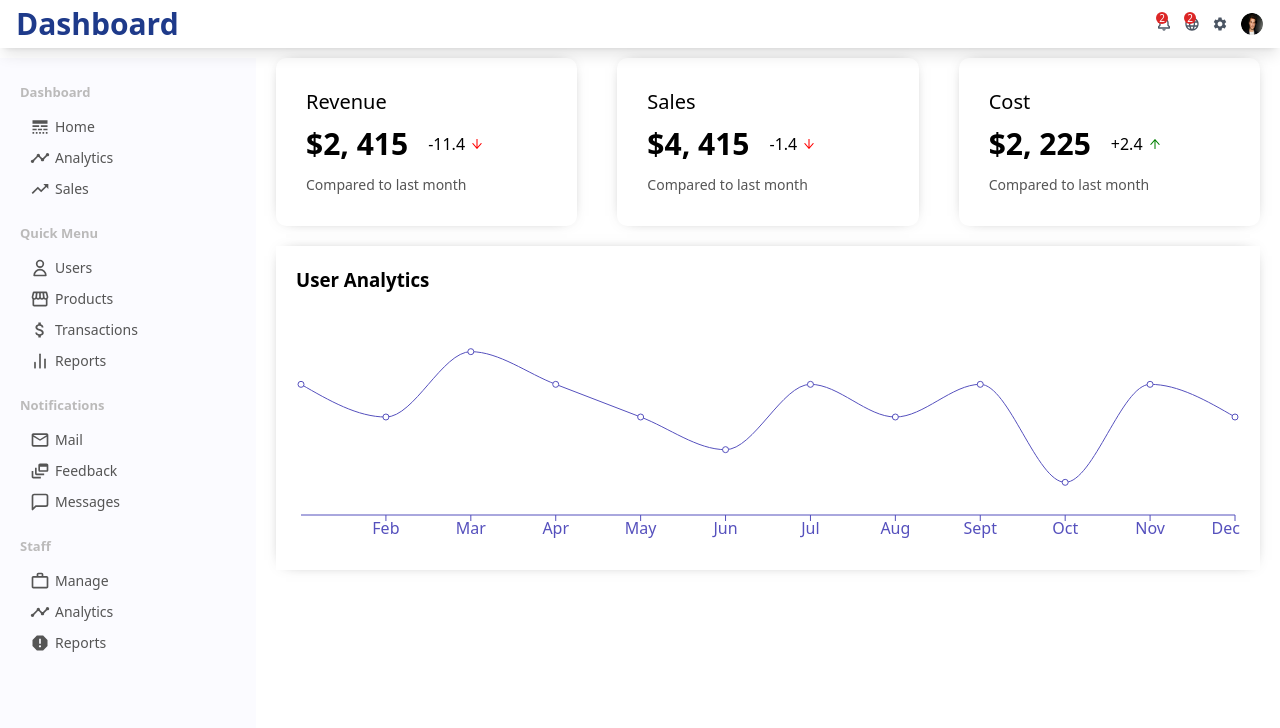
Repository: nation430/React-AdminDashboard
Page: /
The author's editor kept a copy of each file at every save. The page is drawn from the files as they stood at one save, then again after the next save.
The browser window is 1280 px wide. The pictures show the whole page.
The project was rebuilt for these pictures with package versions that can differ from the ones it lists, and the page was loaded fresh each time.

Above is the page before, as saved 2022-08-18 16:26:31.

After the next save:
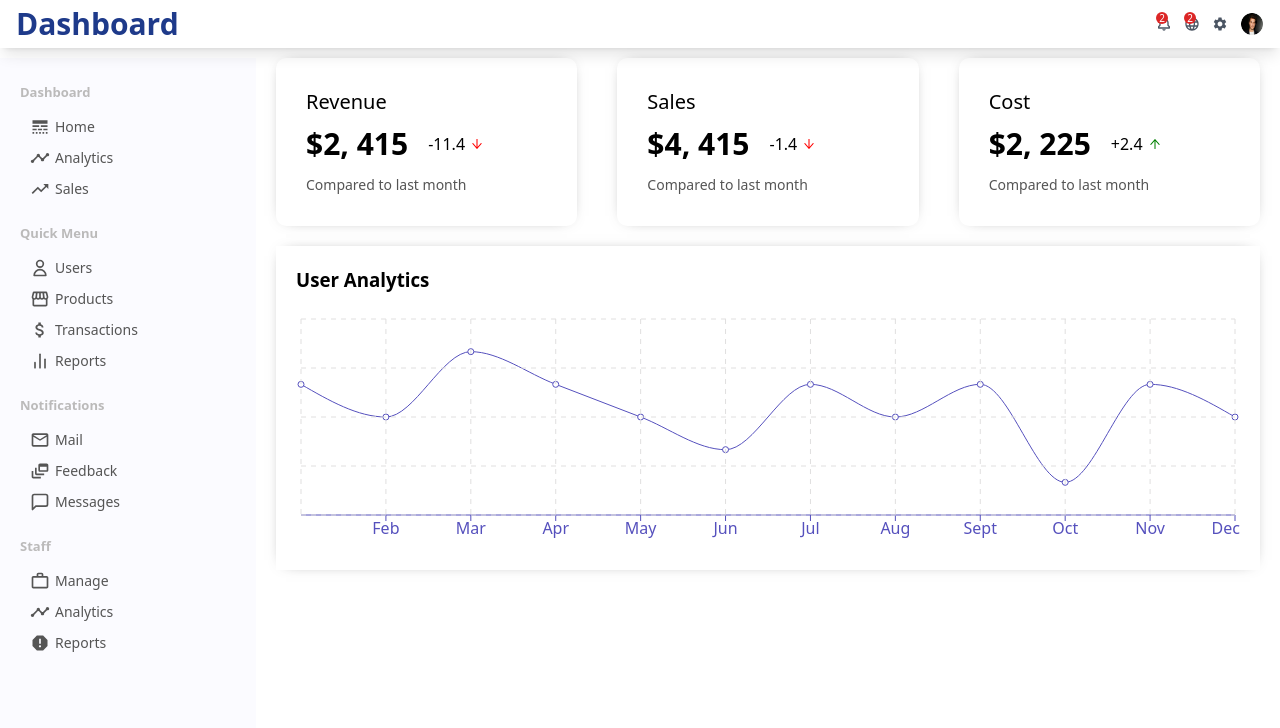
Saved 2 min 39 s later.
--- a/src/pages/home/Home.jsx
+++ b/src/pages/home/Home.jsx
@@ -1,12 +1,14 @@
 import "./home.css"
 import FeaturedInfo from "../../featuredInfo/featuredInfo"
 import Chart from "../../chart/Chart"
+import { userData } from "../../dummyData"
+
 
 export default function Home(){
     return (
         <div className="home">
             <FeaturedInfo/>
-            <Chart/>
+            <Chart data={userData} title = "User Analytics" grid/>
         </div>
     )
 }
